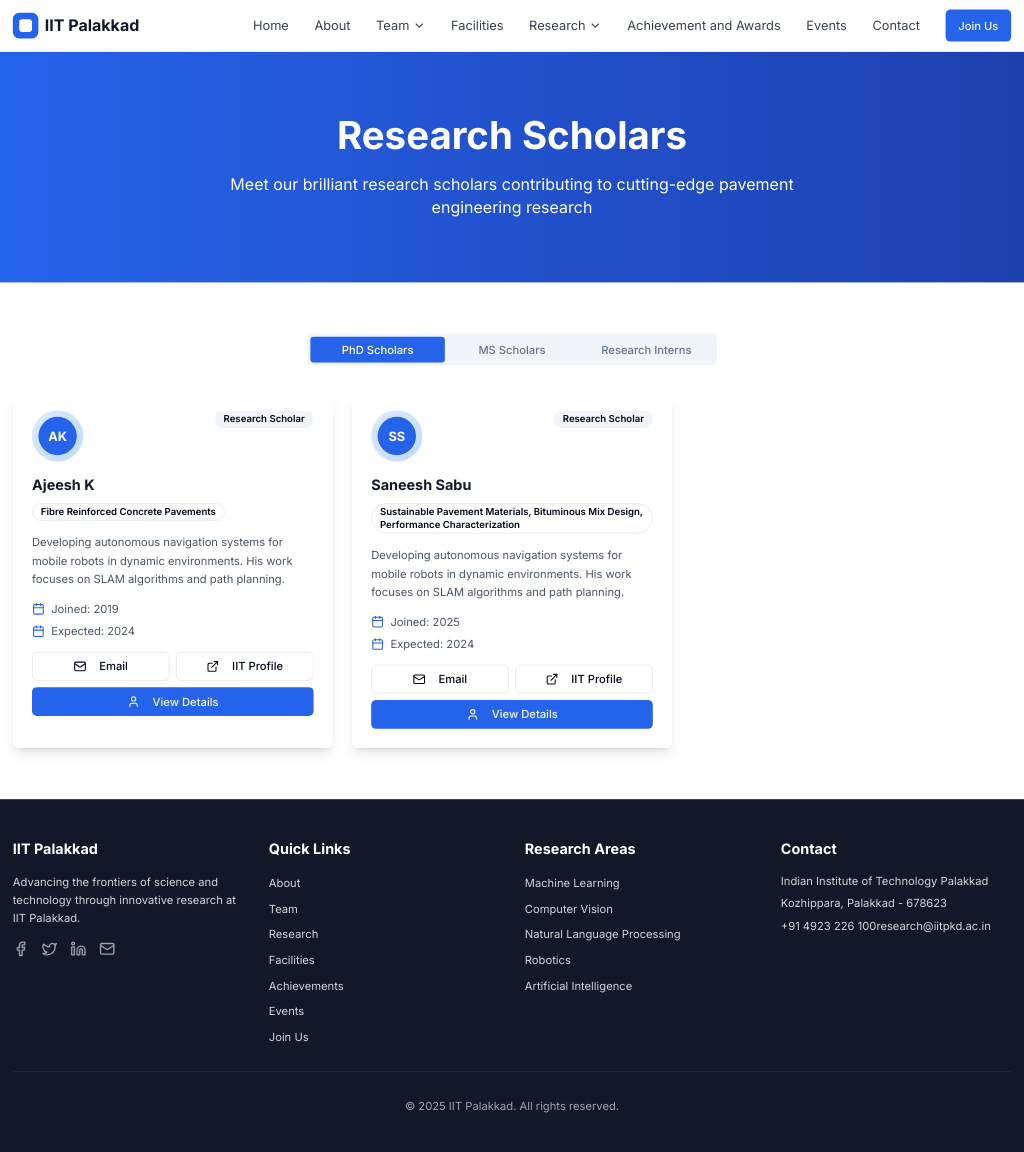
Repository: Gopikrish-30/ARISE
Page: /team/scholars
The author's editor kept a copy of each file at every save. The page is drawn from the files as they stood at one save, then again after the next save.
The browser window is 1280 px wide. The pictures show the whole page, at 80% of full size.
The project was rebuilt for these pictures with package versions that can differ from the ones it lists, and the page was loaded fresh each time. The framework's server and built-in components were replaced by stand-ins that run in the browser. Also part of the build but not shown: next.config.mjs, components/ui/dialog.tsx.

Above is the page before, as saved 2025-06-23 00:01:25.

After the next save:
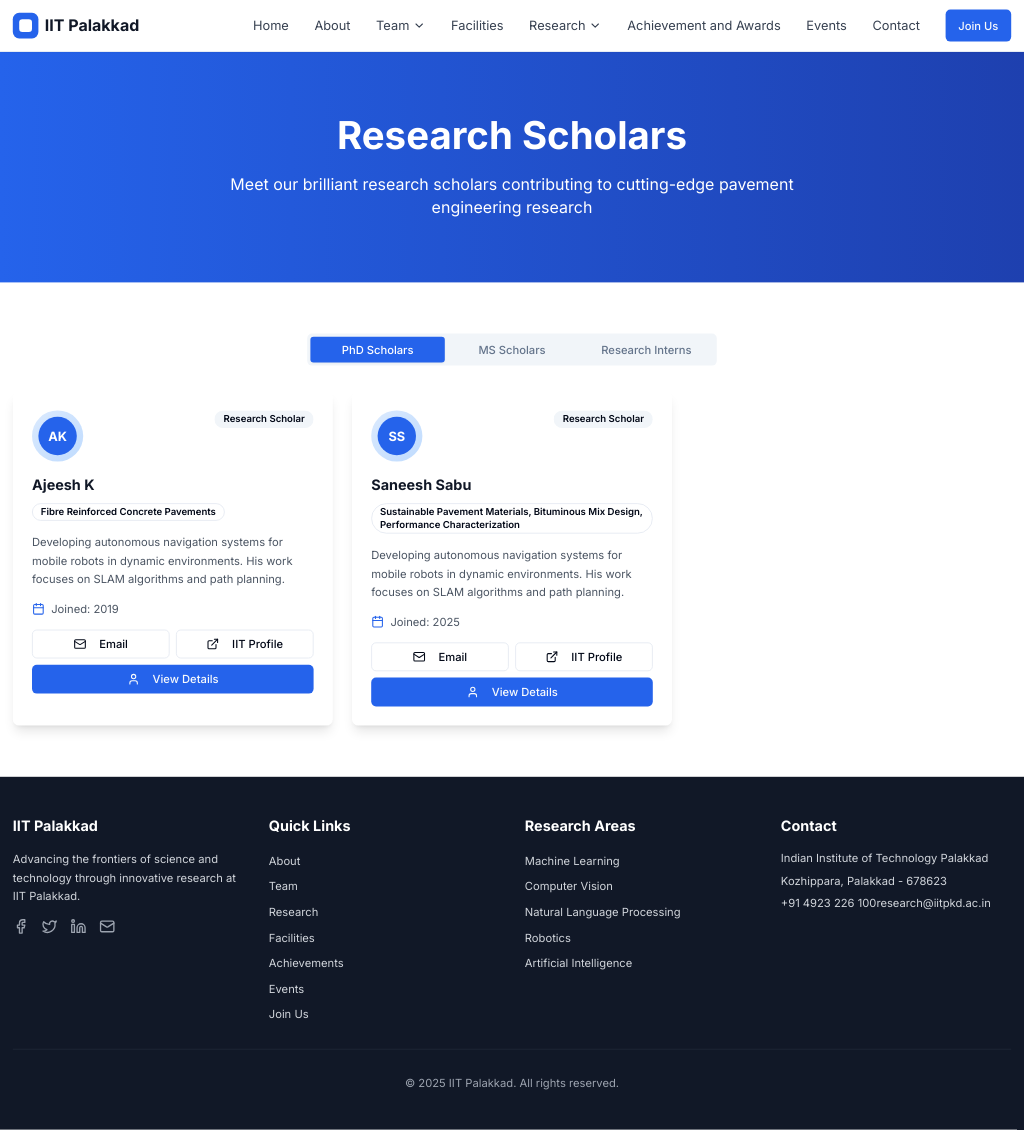
Saved 27 min 43 s later.
--- a/components/research-scholars-grid.tsx
+++ b/components/research-scholars-grid.tsx
@@ -152,12 +152,7 @@
             <Calendar className="w-4 h-4 mr-2 text-blue-600" />
             <span>Joined: {scholar.joiningDate}</span>
           </div>
-          {showCompletion && scholar.expectedCompletion && (
-            <div className="flex items-center">
-              <Calendar className="w-4 h-4 mr-2 text-blue-600" />
-              <span>Expected: {scholar.expectedCompletion}</span>
-            </div>
-          )}
+
           {scholar.duration && (
             <div className="flex items-center">
               <Calendar className="w-4 h-4 mr-2 text-blue-600" />
